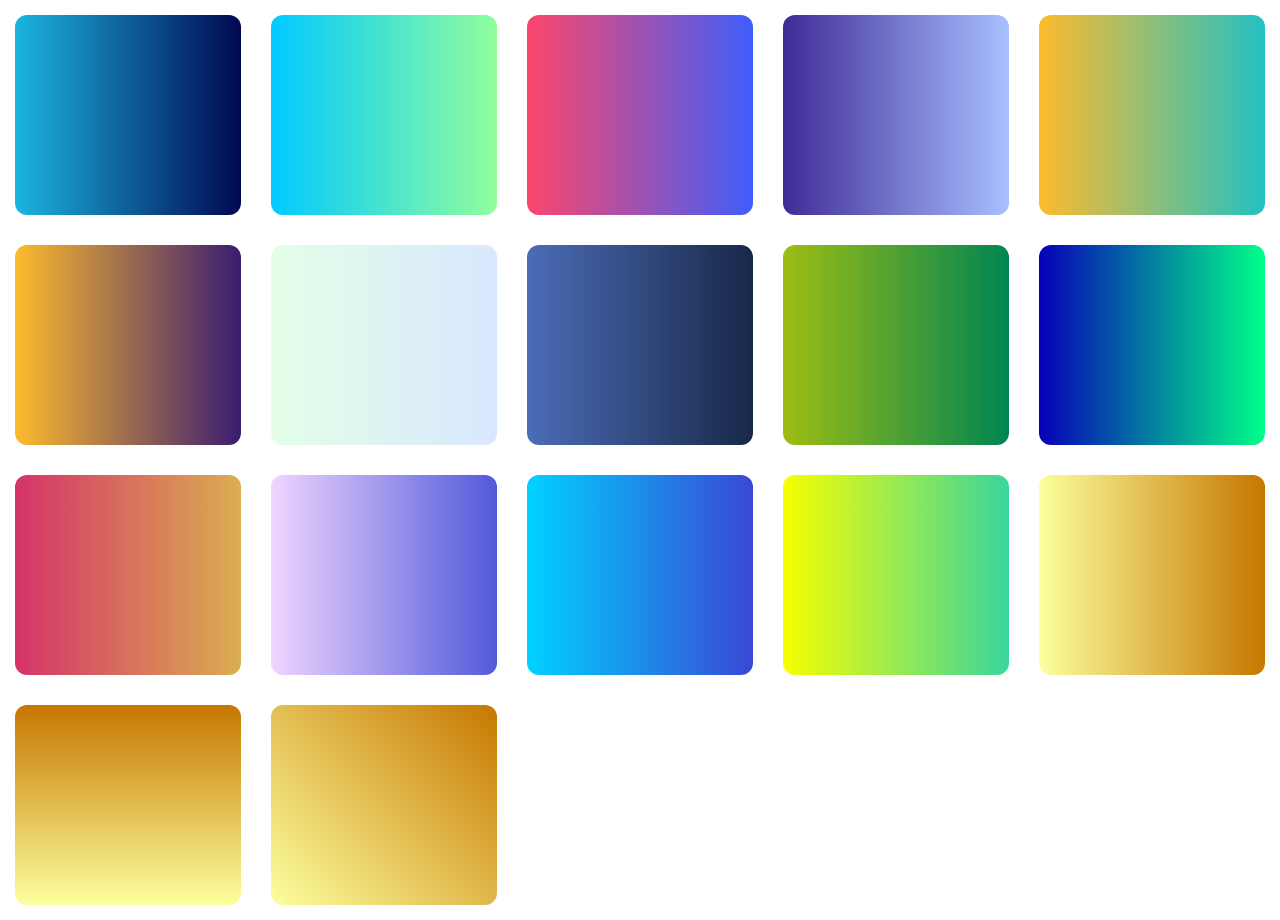
Repository: LBprox3010/gradient
Page: index.html
An editor plug-in stored every save of this project. The page is shown before and after the next save, followed by the edit.
The browser window is 1280 px wide. The pictures show the whole page.

Above is the page before, as saved 2022-02-24 08:31:05.

After the next save:
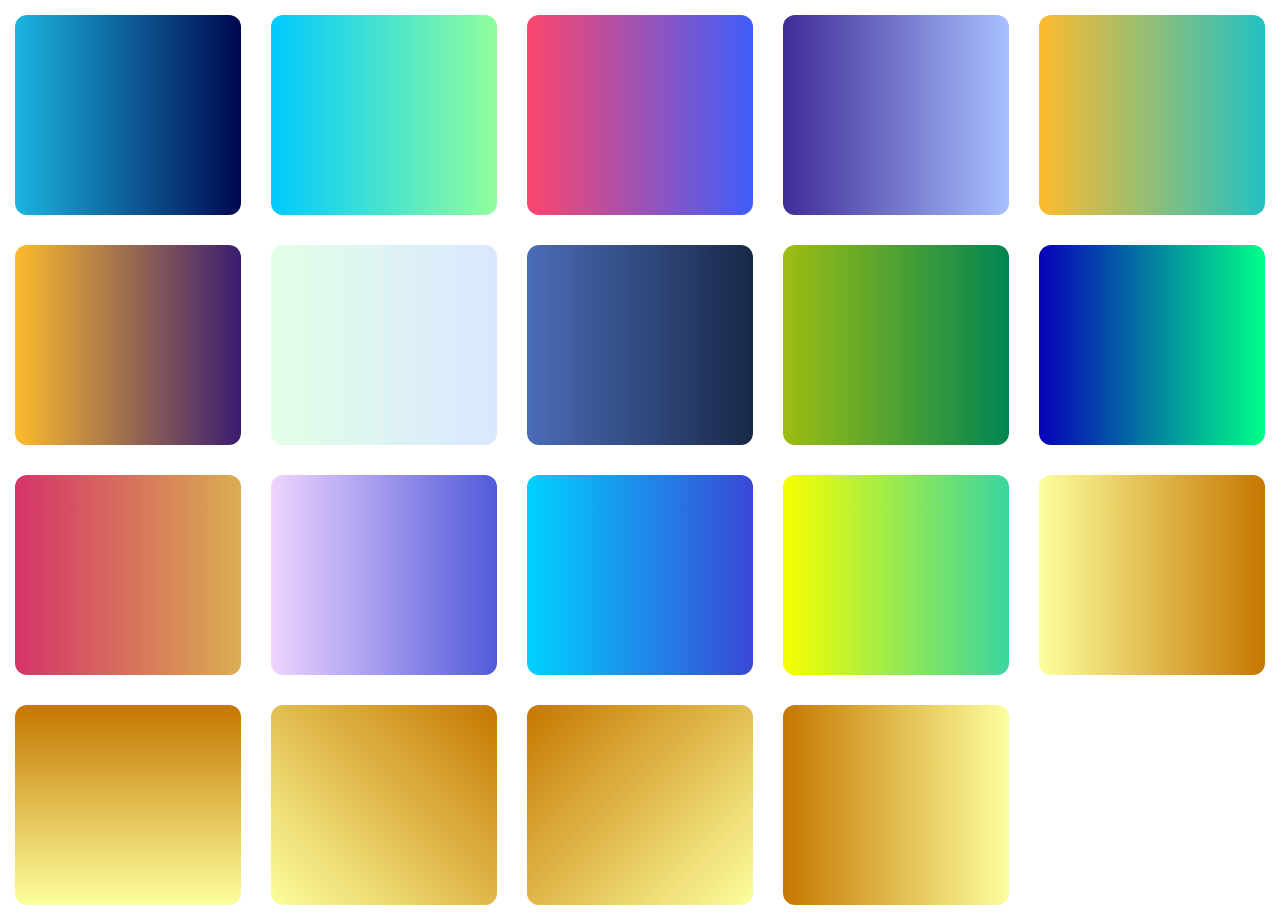
Saved 17 s later.
--- a/app.js
+++ b/app.js
@@ -20,6 +20,8 @@
   "linear-gradient(90deg, #fcff9e 0%, #c67700 100%)",
   "linear-gradient(0, #fcff9e 0%, #c67700 100%)",
   "linear-gradient(45deg, #fcff9e 0%, #c67700 100%)",
+  "linear-gradient(-45deg, #fcff9e 0%, #c67700 100%)",
+  "linear-gradient(-90deg, #fcff9e 0%, #c67700 100%)",
 ];
 
 list.forEach((i) => {
